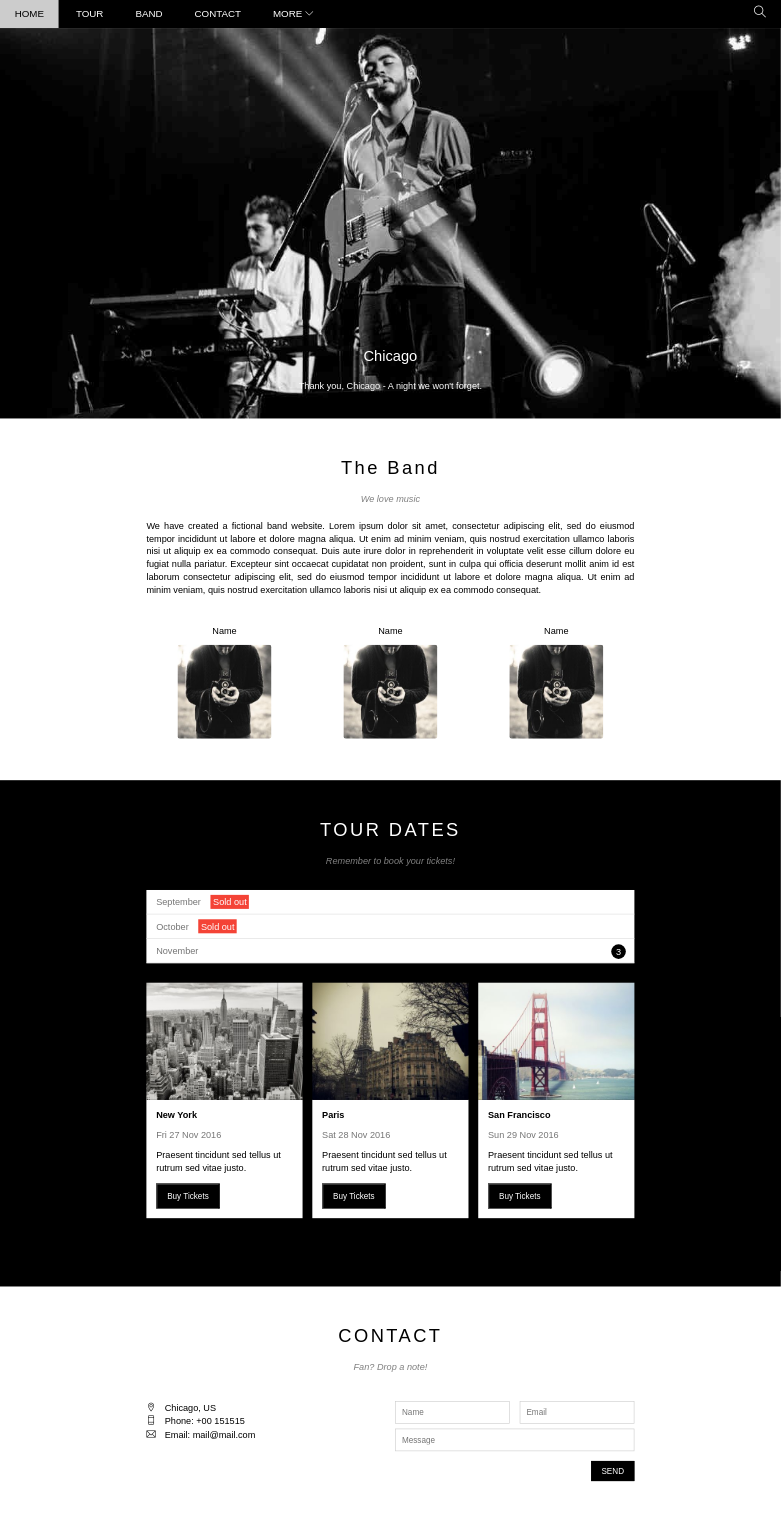
Repository: ducvui2003/LTCB
Page: index.html
An editor plug-in stored every save of this project. The page is shown before and after the next save, followed by the edit.
The browser window is 1280 px wide. The pictures show the whole page, at 61% of full size.

Above is the page before, as saved 2022-01-13 10:59:24.

After the next save:
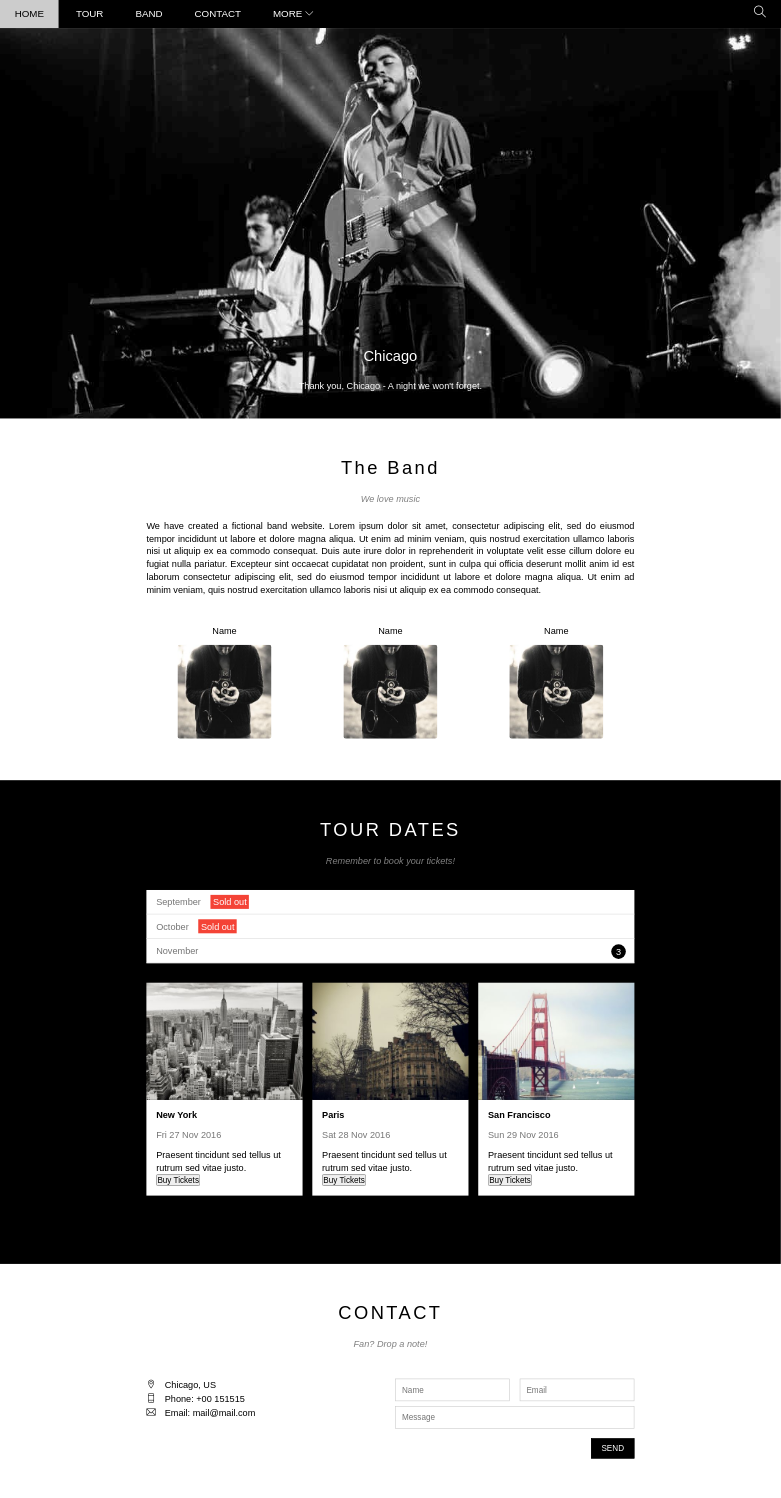
Saved 3 min 29 s later.
--- a/index.html
+++ b/index.html
@@ -121,7 +121,7 @@
                                 <h3 class="place-heading">New York</h3>
                                 <p class="place-time">Fri 27 Nov 2016</p>
                                 <p class="place-desc">Praesent tincidunt sed tellus ut rutrum sed vitae justo.</p>
-                                <button class="buy-ticket js-buy-ticket">Buy Tickets</button>
+                                <button class="btn js-buy-ticket">Buy Tickets</button>
                             </div>
                         </div>
                         <!-- Place 2 -->
@@ -131,7 +131,7 @@
                                 <h3 class="place-heading">Paris</h3>
                                 <p class="place-time">Sat 28 Nov 2016</p>
                                 <p class="place-desc">Praesent tincidunt sed tellus ut rutrum sed vitae justo.</p>
-                                <button class="buy-ticket js-buy-ticket">Buy Tickets</button>
+                                <button class="btn js-buy-ticket">Buy Tickets</button>
                             </div>
                         </div>
                         <!-- Place 3 -->
@@ -141,7 +141,7 @@
                                 <h3 class="place-heading">San Francisco</h3>
                                 <p class="place-time">Sun 29 Nov 2016</p>
                                 <p class="place-desc">Praesent tincidunt sed tellus ut rutrum sed vitae justo.</p>
-                                <button class="buy-ticket js-buy-ticket">Buy Tickets</button>
+                                <button class="btn js-buy-ticket">Buy Tickets</button>
                             </div>
                         </div>
 

After the save that followed:
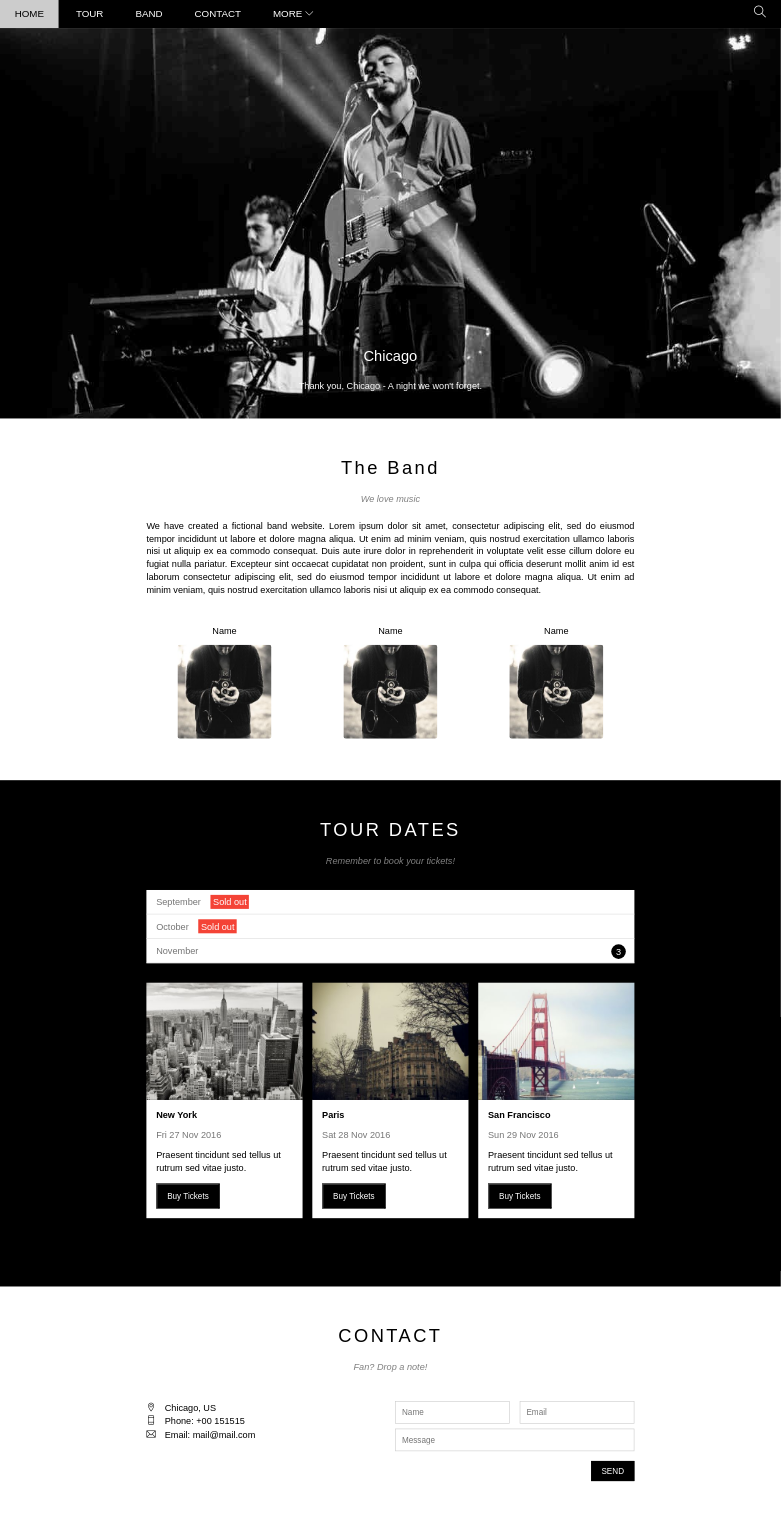
Saved 42 s later.
--- a/assest/Css/styles.css
+++ b/assest/Css/styles.css
@@ -334,7 +334,7 @@
     line-height: 1.4;
 }
 
-.buy-ticket {
+.btn {
     color: white;
     background-color: black;
     text-decoration: none;
@@ -343,7 +343,7 @@
     margin-top: 15px;
 }
 
-.buy-ticket:hover {
+.btn:hover {
     color: black;
     background-color: #ccc;
 }
